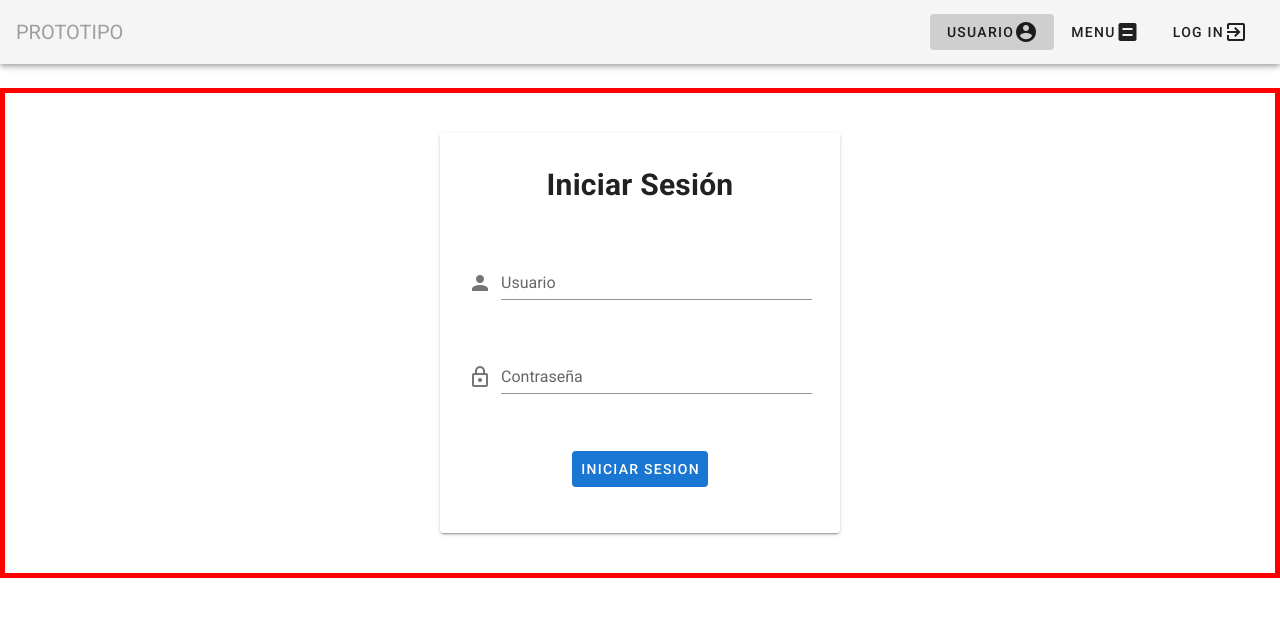
Repository: YojayDeHorta/Administrador-con-filtros
Page: /
The author's editor kept a copy of each file at every save. The page is drawn from the files as they stood at one save, then again after a run of saves.
The browser window is 1280 px wide. The pictures show the whole page.
The project was rebuilt for these pictures with package versions that can differ from the ones it lists, and the page was loaded fresh each time. Also part of the build but not shown: vue.config.js, src/views/Options.vue, src/components/Filtro.vue, src/components/CrudClientes.vue, src/views/Filter.vue.

Above is the page before, as saved 2021-09-25 17:10:38.

After the next 2 saves:
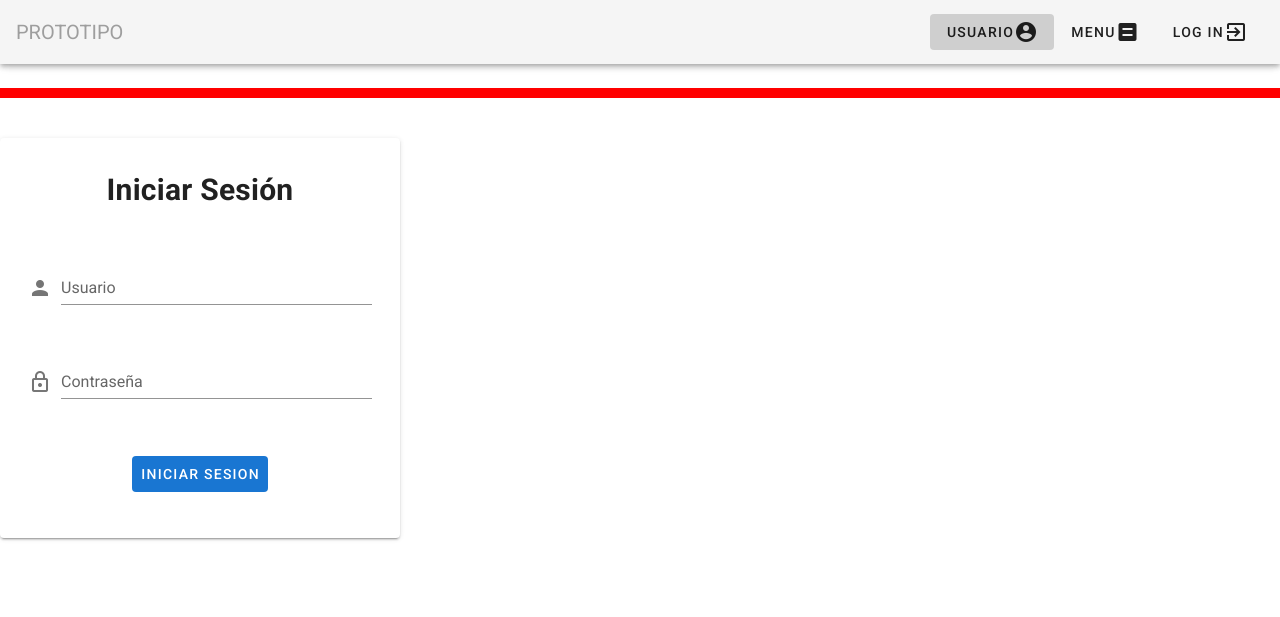
The 2 saves are shown as one change because they came seconds apart.
The last was saved 8 s later.
--- a/src/views/Login.vue
+++ b/src/views/Login.vue
@@ -1,6 +1,6 @@
 <template>
-    <div class="Marco_Login d-flex justify-center">
-        <div>
+    <div >
+        <div class="Marco_Login d-flex justify-center">
 
         </div>
         <v-card class="mt-10 mb-10" height="400px" style="width: 400px">

After the 3 saves that followed:
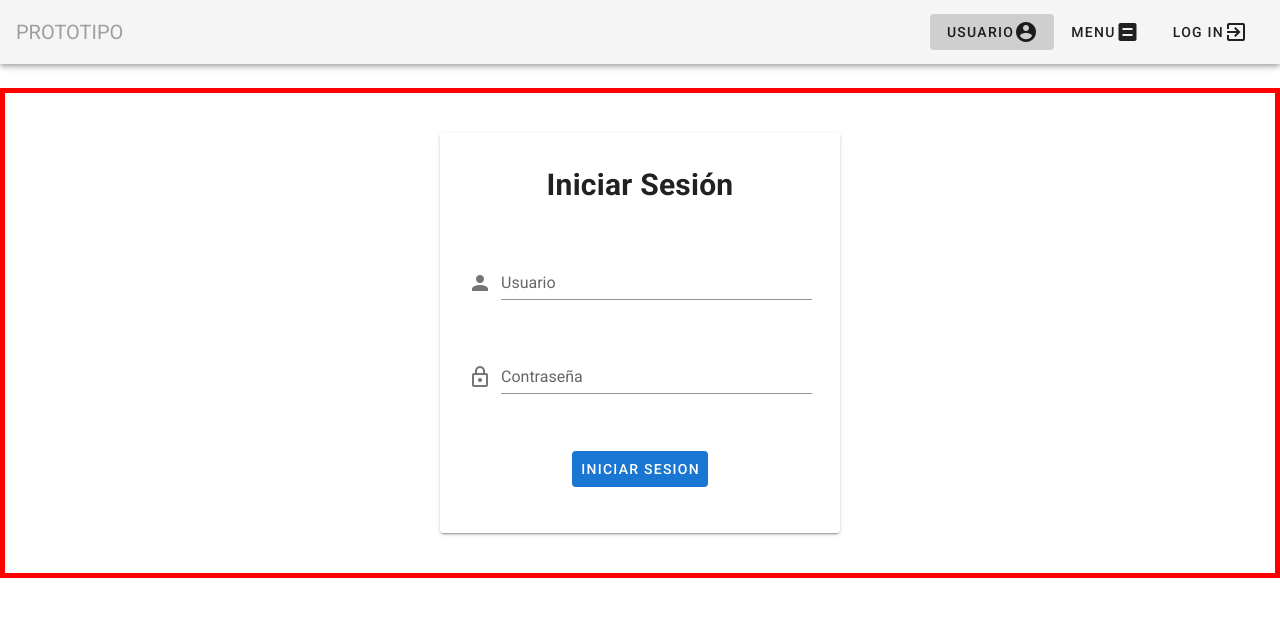
The 3 saves are shown as one change because they came seconds apart.
The last was saved 10 s later.
--- a/src/views/Login.vue
+++ b/src/views/Login.vue
@@ -1,36 +1,36 @@
 <template>
-    <div >
+    <div>
         <div class="Marco_Login d-flex justify-center">
+            <v-card class="mt-10 mb-10" height="400px" style="width: 400px">
+                <v-form class="text-center" @submit.prevent="submitAdmin">
+                    <v-card-title class="title d-flex justify-center" align="center">
+                        <h2 style="width: 200px" class="Titulo text-center mt-5">
+                            Iniciar Sesión
+                        </h2>
+                    </v-card-title>
+                    <v-card-text>
+                        <v-container>
+                            <br />
+                            <v-row>
+                                <v-col cols="12">
+                                    <v-text-field prepend-icon="mdi-account" label="Usuario"></v-text-field>
+                                </v-col>
+                            </v-row>
+                            <v-row>
+                                <v-col cols="12">
+                                    <v-text-field type="password" prepend-icon="mdi-lock-outline" label="Contraseña">
+                                    </v-text-field>
+                                </v-col>
+                            </v-row>
+                        </v-container>
+                    </v-card-text>
+                    <v-card-actions class="d-flex justify-center">
+                        <v-btn :to="{ name: 'Options' }" exact text class="primary"><span>Iniciar sesion</span></v-btn>
+                    </v-card-actions>
+                </v-form>
+            </v-card>
+        </div>
 
-        </div>
-        <v-card class="mt-10 mb-10" height="400px" style="width: 400px">
-            <v-form class="text-center" @submit.prevent="submitAdmin">
-                <v-card-title class="title d-flex justify-center" align="center">
-                    <h2 style="width: 200px" class="Titulo text-center mt-5">
-                        Iniciar Sesión
-                    </h2>
-                </v-card-title>
-                <v-card-text>
-                    <v-container>
-                        <br />
-                        <v-row>
-                            <v-col cols="12">
-                                <v-text-field prepend-icon="mdi-account" label="Usuario"></v-text-field>
-                            </v-col>
-                        </v-row>
-                        <v-row>
-                            <v-col cols="12">
-                                <v-text-field type="password" prepend-icon="mdi-lock-outline" label="Contraseña">
-                                </v-text-field>
-                            </v-col>
-                        </v-row>
-                    </v-container>
-                </v-card-text>
-                <v-card-actions class="d-flex justify-center">
-                    <v-btn :to="{ name: 'Options' }" exact text class="primary"><span>Iniciar sesion</span></v-btn>
-                </v-card-actions>
-            </v-form>
-        </v-card>
     </div>
 </template>
 <script>
@@ -39,8 +39,8 @@
     };
 </script>
 <style scoped>
-    .Marco_Login{
-        border:5px solid red;
+    .Marco_Login {
+        border: 5px solid red;
 
     }
 </style>
